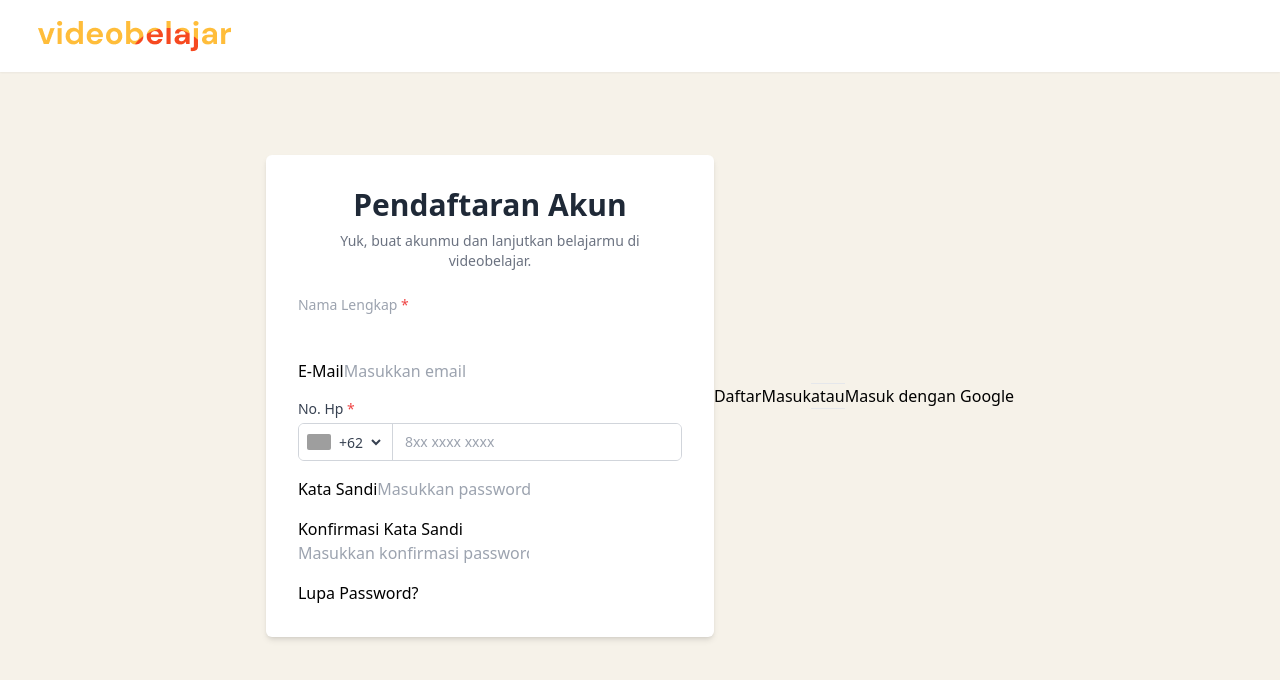
Repository: dimascahyanugraha/Course-Mission-4
Page: /signup
An editor plug-in stored every save of this project. The page is shown before and after the next save, followed by the edit.
The browser window is 1280 px wide. The pictures show the whole page.
Pictures or frames that could not be fetched are drawn as grey boxes. The project was rebuilt for these pictures with package versions that can differ from the ones it lists, and the page was loaded fresh each time. Also part of the build but not shown: vite.config.js, src/components/LoginPage.jsx.

Above is the page before, as saved 2026-05-29 11:00:26.

### index.html
<!doctype html>
<html lang="en">
  <head>
    <meta charset="UTF-8" />
    <link rel="icon" type="image/svg+xml" href="/favicon.svg" />
    <meta name="viewport" content="width=device-width, initial-scale=1.0" />
    <title>video-belajar</title>
  </head>
  <body>
    <div id="root"></div>
    <script type="module" src="/src/main.jsx"></script>
  </body>
</html>

### src/index.css
@tailwind base;
@tailwind components;
@tailwind utilities;

/* optional reset */
body {
  font-family: system-ui, sans-serif;
}

### src/App.jsx
import { BrowserRouter, Routes, Route, Navigate } from "react-router-dom"; // ← tambah Navigate
import LoginPage from "./components/LoginPage";
import Signup from "./components/Signup";

export default function App() {
  return (
    <BrowserRouter>
      <Routes>
        <Route path="/" element={<Navigate to="/login" />} />{" "}
        {/* ← tambah ini */}
        <Route path="/login" element={<LoginPage />} />
        <Route path="/signup" element={<Signup />} />
      </Routes>
    </BrowserRouter>
  );
}

### src/components/Signup.jsx
import logoVideoBelajar from "../assets/logo_video_belajar.png";
import indonesia from "../assets/indonesia.png";

export default function Signup() {
  return (
    <div className="min-h-screen bg-[#f6f2e9] flex flex-col">
      <header className="bg-white py-2 px-4 shadow-sm">
        <img src={logoVideoBelajar} alt="logo" />
      </header>

      <main className="flex flex-auto justify-center items-center px-4">
        <div className="bg-white w-full max-w-md rounded-md shadow-md p-8">
          <h2 className="text-3xl font-bold text-gray-800 text-center">
            Pendaftaran Akun
          </h2>
          <p className="text-gray-500 text-sm text-center mt-2">
            Yuk, buat akunmu dan lanjutkan belajarmu di videobelajar.
          </p>
          <form className="mt-6 space-y-4">
            <div>
              <label className="block text-sm font-medium text-gray-400">
                Nama Lengkap <span className="text-red-500">*</span>
              </label>
              <input type="name" className="mt-1 w-full" />
            </div>
            <div>
              <label>E-Mail</label>
              <input type="email" placeholder="Masukkan email" />
            </div>
            {/* NO. HP */}
            <div>
              <label className="block text-sm font-medium text-gray-700">
                No. Hp <span className="text-red-500">*</span>
              </label>
              <div className="mt-1 flex rounded-md border border-gray-300 overflow-hidden focus-within:ring-2 focus-within:ring-green-500">
                <div className="flex items-center gap-1 px-2 bg-white border-r border-gray-300">
                  <img
                    src={indonesia}
                    alt="flag ID"
                    className="w-6 h-4 rounded-sm object-cover"
                  />
                  <select className="text-sm text-gray-700 focus:outline-none bg-transparent cursor-pointer pr-1">
                    <option value="+62">+62</option>
                    <option value="+18">+18</option>
                  </select>
                </div>
                <input
                  type="tel"
                  placeholder="8xx xxxx xxxx"
                  className="flex-1 px-3 py-2 text-sm text-gray-700 focus:outline-none"
                />
              </div>
            </div>{" "}
            {/* ← div No.Hp ditutup di sini */}
            <div>
              <label>Kata Sandi</label>
              <input type="password" placeholder="Masukkan password" />
            </div>
            <div>
              <label>Konfirmasi Kata Sandi</label>
              <input
                type="password"
                placeholder="Masukkan konfirmasi password"
              />
            </div>
            <div>
              <a href="#">Lupa Password?</a>
            </div>
          </form>{" "}
          {/* ← form ditutup setelah semua input */}
        </div>
        <button>Daftar</button>
        <button>Masuk</button>
        <div>
          <hr className="flex-1 border-gray-200" />
          atau
          <hr className="flex-1 border-gray-200" />
        </div>
        {/* GOOGLE SIGN IN */}
        <button>Masuk dengan Google</button>
      </main>
    </div>
  );
}

### tailwind.config.js
/** @type {import('tailwindcss').Config} */
export default {
  content: ["./indexedDB.html", "./src/**/*.{js,ts,jsx,tsx}"],
  theme: {
    extend: {},
  },
  plugins: [],
};

Loaded but not shown: src/main.jsx (common file)

After the next save:
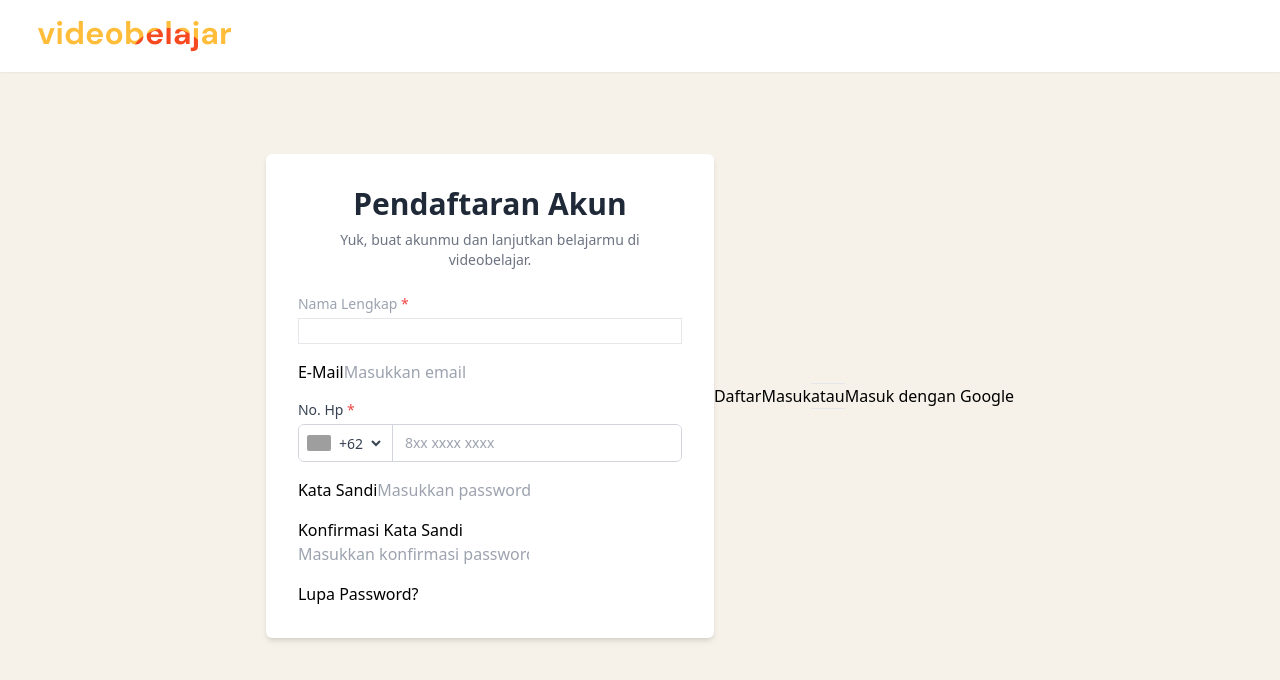
Saved 7 s later.
--- a/src/components/Signup.jsx
+++ b/src/components/Signup.jsx
@@ -21,7 +21,7 @@ export default function Signup() {
               <label className="block text-sm font-medium text-gray-400">
                 Nama Lengkap <span className="text-red-500">*</span>
               </label>
-              <input type="name" className="mt-1 w-full" />
+              <input type="name" className="mt-1 w-full border" />
             </div>
             <div>
               <label>E-Mail</label>
